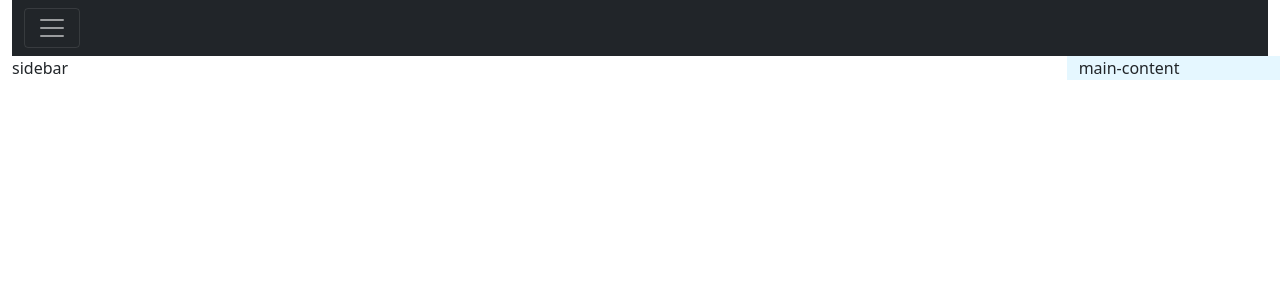
Repository: Dayvid0/BOOTSTRAP-TUTORIALS
Page: cosmos.example.html
An editor plug-in stored every save of this project. The page is shown before and after the next save, followed by the edit.
The browser window is 1280 px wide. The pictures show the whole page.

Above is the page before, as saved 2025-01-29 08:59:17.

After the next save:
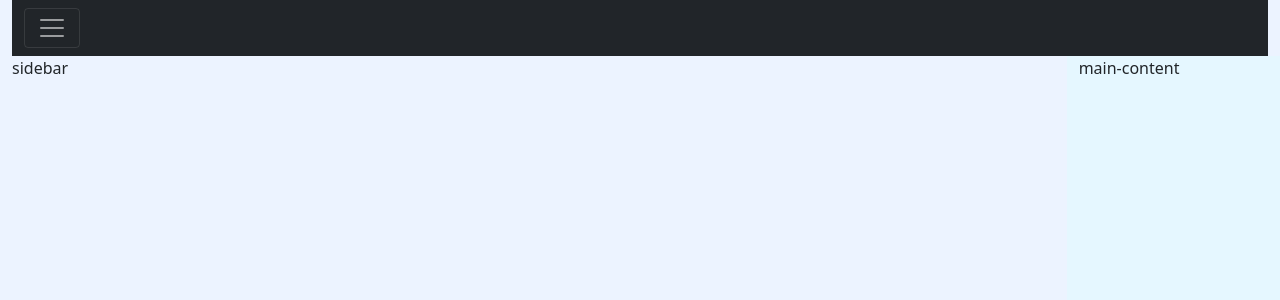
Saved 96 s later.
--- a/cosmos.example.html
+++ b/cosmos.example.html
@@ -8,8 +8,12 @@
     <link href="https://cdn.jsdelivr.net/npm/bootstrap@5.0.2/dist/css/bootstrap.min.css" rel="stylesheet" integrity="sha384-EVSTQN3/azprG1Anm3QDgpJLIm9Nao0Yz1ztcQTwFspd3yD65VohhpuuCOmLASjC" crossorigin="anonymous">
     <title>Cosmos-example</title>
     <style>
+      body {
+        background-color: #ecf3ff;
+      }
       .main-content {
         background-color: #e5f7ff ;
+        min-height: 600px;
       }
     </style>
   </head>
